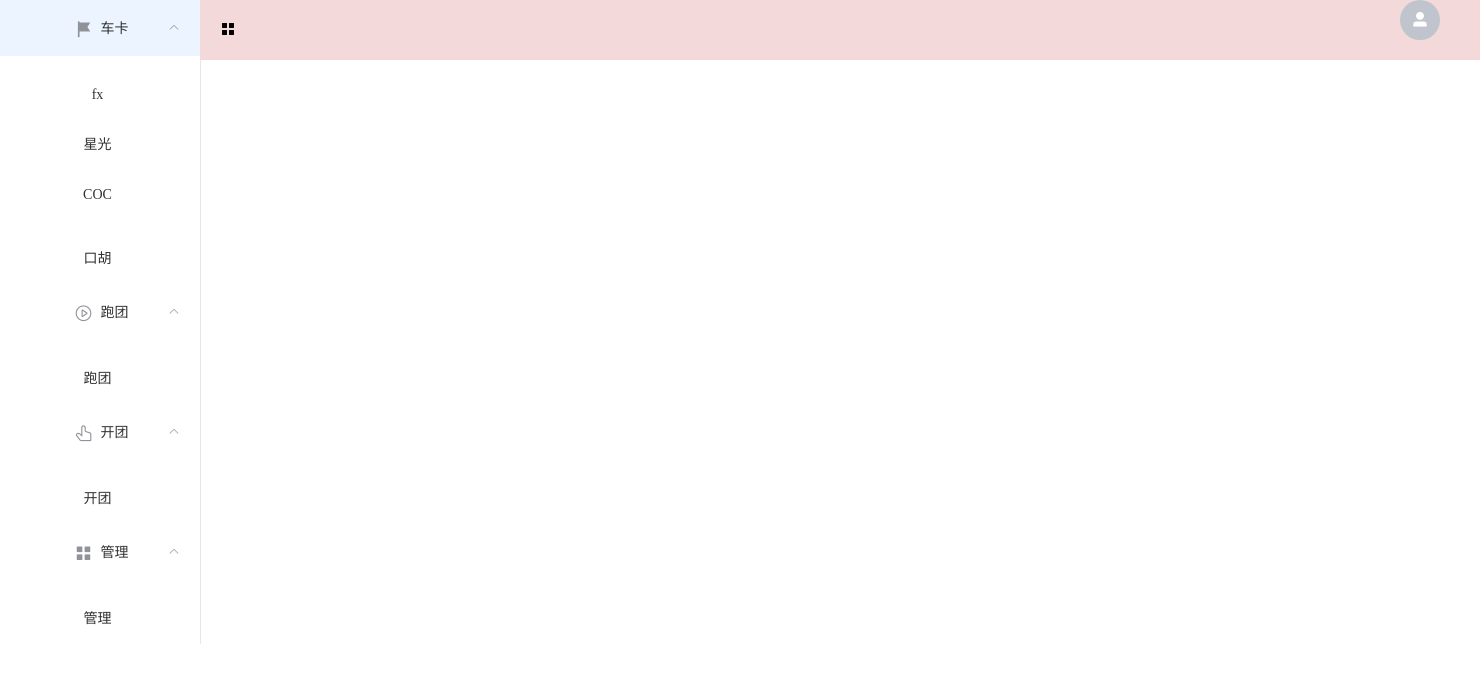
Repository: redlout/ptgkd
Page: /
The author's editor kept a copy of each file at every save. The page is drawn from the files as they stood at one save, then again after the next save.
The browser window is 1280 px wide. The page is 1480 px wide, then 1280 px, then 1480 px, so the pictures cover 1480 px, including what lies to the right of the window. The pictures show the whole page.
The project was rebuilt for these pictures with package versions that can differ from the ones it lists, and the page was loaded fresh each time. Also part of the build but not shown: src/mock/mock.js, src/views/Login.vue, src/components/SvgIcon/index.vue.

Above is the page before, as saved 2019-09-02 21:28:01.

### index.html
<!DOCTYPE html>
<html>
  <head>
    <meta charset="utf-8">
    <meta name="viewport" content="width=device-width,initial-scale=1.0">
    <title>ptgkd</title>
  </head>
  <body>
    <div id="app"></div>
    <!-- built files will be auto injected -->
  </body>
</html>

<style>
body{
  margin:0;
  padding:0;
}
</style>

### src/main.js
// import '@/styles/index.scss'
// import 'normalize.css/normalize.css'
import Vue from 'vue'
import App from './App'
import router from './router'

import ElementUI from 'element-ui'
import 'element-ui/lib/theme-chalk/index.css'
import api from './http/index'
import './icons'
import store from './store'

Vue.config.productionTip = false
Vue.use(ElementUI);
Vue.use(api);

// Vue.use(api)
/* eslint-disable no-new */
new Vue({
  el: '#app',
  router,
  store,
  render: h => h(App)
})

### src/router/index.js
import Vue from 'vue'
import Router from 'vue-router'
import HelloWorld from '@/views/HelloWorld'
import Login from '@/views/Login'

Vue.use(Router)

const router = new Router({
  routes: [
    {
      path: '/',
      name: 'HelloWorld',
      component: HelloWorld
    },
    {
      path: '/login',
      name: 'Login',
      component: Login
    }
  ]
})

export default router

### src/http/index.js
// 导入所有接口
import apis from './api'

const install = Vue => {
    if (install.installed)
        return;

    install.installed = true;

    Object.defineProperties(Vue.prototype, {
        // 注意，此处挂载在 Vue 原型的 $api 对象上
        $api: {
            get() {
                return apis
            }
        }
    })
}

export default install

### src/icons/index.js
import Vue from 'vue'
import SvgIcon from '@/components/SvgIcon'// svg component

// register globally
Vue.component('svg-icon', SvgIcon)

const req = require.context('./svg', false, /\.svg$/)
const requireAll = requireContext => requireContext.keys().map(requireContext)
requireAll(req)

### src/store/index.js
import Vue from 'vue'
import vuex from 'vuex'

Vue.use(vuex);
import collapse from './modules/collapse.js'
const store = new vuex.Store({
    modules: {
        collapseState: collapse,
        // menu: mymenu
        // 其他
    }
})

export default store

### src/views/HelloWorld.vue
<template>
<div class="container" >
  <el-container style="height: 100%;" direction="vertical">
    <AsideBar></AsideBar>
    <el-container>
      <HeadBar></HeadBar>
      <el-main></el-main>
    </el-container>
  </el-container>
</div>
</template>

<script>
import AsideBar from "../components/AsideBar/index";
import HeadBar from "../components/HeadBar/index";
export default {
  name: "HelloWorld",
  data() {
    return {
      isCollapse: false
    };
  },
  components: {
    AsideBar,
    HeadBar
  },
  methods: {
    logout: function() {
      var _this = this;
      this.$confirm("确认退出吗?", "提示", {
        type: "warning"
      }).then(() => {
        // sessionStorage.removeItem("user");
        this.$router.push("/login");
      });
    }
  }
};
</script>

<style scoped>
  .container {
    position:absolute;
    top: 0px;
    left: 0px;
    right: 0px;
    background: #4b5f6e;
  }
</style>

### src/http/api.js
import axios from './axios'

const login = data =>{
    return axios({
        url: '/login',
        method: 'post',
        data
    })
}

const logout = () =>{
    return axios({

    })
}

export default{
    login,
    logout
}

### src/store/modules/collapse.js
export default {
    state: {
        collapse:false  // 导航栏收缩状态
    },
    getters: {
        collapse(state){// 对应着上面state
            return collapse;
        }
    },
    mutations: {
        collapse(state){  // 改变收缩状态
            state.collapse = !state.collapse;
        }
    },
    actions: {

    }
}

### src/components/AsideBar/index.vue
<template>
  <el-aside width="initial" style="background-color: rgb(238, 241, 246) ">
    <el-menu
      :default-openeds="['1','2','3','4']"
      class="el-menu-vertical-demo"
      :collapse="$store.state.collapseState.collapse"
      @open="handleopen"
      @close="handleclose"
      @select="handleselect"
    >
      <el-submenu index="1">
        <template slot="title">
          <i class="el-icon-s-flag"></i>
          <span slot="title">车卡</span>
        </template>
        <el-menu-item-group>
          <el-menu-item index="1-1">fx</el-menu-item>
          <el-menu-item index="1-2">星光</el-menu-item>
          <el-menu-item index="1-3">COC</el-menu-item>
        </el-menu-item-group>
        <el-menu-item-group>
          <el-menu-item index="1-1">口胡</el-menu-item>
        </el-menu-item-group>
      </el-submenu>
      <el-submenu index="2">
        <template slot="title">
          <i class="el-icon-video-play"></i>
          <span slot="title">跑团</span>
        </template>
        <el-menu-item-group>
          <el-menu-item index="2-1">跑团</el-menu-item>
        </el-menu-item-group>
      </el-submenu>
      <el-submenu index="3">
        <template slot="title">
          <i class="el-icon-thumb"></i>
          <span slot="title">开团</span>
        </template>
        <el-menu-item-group>
          <el-menu-item index="3-1">开团</el-menu-item>
        </el-menu-item-group>
      </el-submenu>
      <el-submenu index="4">
        <template slot="title">
          <i class="el-icon-menu"></i>
          <span slot="title">管理</span>
        </template>
        <el-menu-item-group>
          <el-menu-item index="3-1">管理</el-menu-item>
        </el-menu-item-group>
      </el-submenu>
    </el-menu>
  </el-aside>
</template>


<script>
export default {
  name: "AsideBar",
  data() {
    return {
      isCollapse: false,
      logo: ""
    };
  },
  methods: {
    handleopen() {
      console.log("handleopen");
    },
    handleclose() {
      console.log("handleclose");
    },
    handleselect(a, b) {
      console.log("handleselect");
    }
  }
};
</script>

<style>
.el-aside {
  background-color: #d3dce6;
  color: #333;
  text-align: center;
  line-height: 10px;
  position: absolute;
}
  .el-menu-vertical-demo:not(.el-menu--collapse) {
    width: 200px;
    min-height: 400px;
  }

    .menu-bar-width {
    width: 200px;
  }
  .menu-bar-collapse-width {
    width: 65px;
  }
</style>

### src/components/HeadBar/index.vue
<template>
  <el-header :class="$store.state.collapseState.collapse?'menu-bar-collapse-width':'menu-bar-width'">
    <span @click="Oncollapse">
      <i class="el-icon-menu"></i>
    </span>

    <el-dropdown class="user-info-dropdown" trigger="hover">
      <el-avatar icon="el-icon-user-solid"></el-avatar>
      <el-dropdown-menu slot="dropdown">
        <el-dropdown-item>个人信息</el-dropdown-item>
        <el-dropdown-item>管理</el-dropdown-item>
        <el-dropdown-item divided @click="logout">登出</el-dropdown-item>
      </el-dropdown-menu>
    </el-dropdown>
  </el-header>
  <!-- <el-main></el-main> -->
</template>

<script>
export default {
  data(){
    return{
      isCollapse:false,
    };
  },
  methods:{
    Oncollapse: function(){
      this.$store.commit('collapse');
    }
  }
}
</script>

<style>
.el-header {
  position: absolute;
  background-color: rgb(243, 217, 217);
  left: 200px;
  right: 0px;
  height: 60px;
  line-height: 60px;
  width: 100%
}
  .collapse-switcher {
    width: 40px;
    float: left;
    cursor: pointer;
    border-color: rgba(111, 123, 131, 0.8);
    border-left-width: 1px;
    border-left-style: solid;
    border-right-width: 1px;
    border-right-style: solid;
    color: white;
    background: #504e6180;
  }
    .menu-bar-width{
    left: 200px;
  }
    .menu-bar-collapse-width{
    left: 65px;
  }

      .user-info-dropdown {
      font-size: 20px;
      padding-right: 20px;
      color: #fff;
      cursor: pointer;
      float: right;
    }
</style>

### src/http/axios.js
import axios from 'axios';
import qs from 'qs';
import Cookies from "js-cookie";
import router from "@/router"

export default function $axios(options){
    return new Promise((resolve, reject) => {
      console.log(options)
        const instance = axios.create({
            baseURL: 'http://localhost:8080/',
            headers: {'Content-Type': 'application/json;charset=UTF-8'},
            timeout: '10000',
            transformResponse: [function (data){
            }]
        })
        // request 拦截器
        instance.interceptors.request.use(function(config){
                let token = Cookies.get('token')
                console.log(config)
                if(1){
                    config.headers.accessToken = 111
                }else{
                    //重定向到登陆页面
                    router.push('/login')
                }
                if(config.method === 'post'){
                    if(config.data.__proto__ === FormData.prototype
                        || config.url.endsWith('path')
                        || config.url.endsWith('mark')
                        || config.url.endsWith('patchs')
                        ){
                        }else{
                          config.data = qs.stringify(config.data)
                          console.log(config.data)
                        }
                    }
                    return config
                },
                function (error) {
                // 请求超时
                console.log('request:', error)
                if(error.code === 'ECONNABORTED' && error.message.indexOf('timeout') !== -1){
                    console.log('timeout 请求超时')
                }
                // 重定向到错误页面
                const errorInfo = error.response
                console.log(errorInfo)
                if(errorInfo){
                    error = errorInfo.data
                    const errorStatus = errorInfo.statue; // 404 403 500 ...
                    router.push({
                        path:  `/error/${errorStatus}`
                    })
                }
                return Promise.reject(error)
            }
        )
        console.log(11111111111111)
        instance.interceptors.response.use(function(response){
                let data;
                if(response.data == undefined){
                  data = JSON.parse(response.request.responseText)
                }else{
                    data = response.data
                }

                //根据返回的code 来进行不同的处理
                switch(data.rc){
                    case 1:
                        console.log(data.desc)
                        break;
                    case 0:
                        store.commit('changeState')
                    default:

                }
                return data
            },
            function(err){
              console.log(999999)
                if (err && err.response) {
                    switch (err.response.status) {
                      case 400:
                        err.message = '请求错误'
                        break
                      case 401:
                        err.message = '未授权，请登录'
                        break
                      case 403:
                        err.message = '拒绝访问'
                        break
                      case 404:
                        err.message = `请求地址出错: ${err.response.config.url}`
                        break
                      case 408:
                        err.message = '请求超时'
                        break
                      case 500:
                        err.message = '服务器内部错误'
                        break
                      case 501:
                        err.message = '服务未实现'
                        break
                      case 502:
                        err.message = '网关错误'
                        break
                      case 503:
                        err.message = '服务不可用'
                        break
                      case 504:
                        err.message = '网关超时'
                        break
                      case 505:
                        err.message = 'HTTP版本不受支持'
                        break
                      default:
                    }
                  }
                  console.error(err)
                  return Promise.reject(err)
            }
        )
        //请求处理
        instance(options).then(res => {
          console.log(2222222)
            resolve(res)
            return false
        }).catch(error => {
          console.log(33333)
            reject(error)
        })
        console.log(4444)
    })
}

Loaded but not shown: src/App.vue (common file)

After the next save:
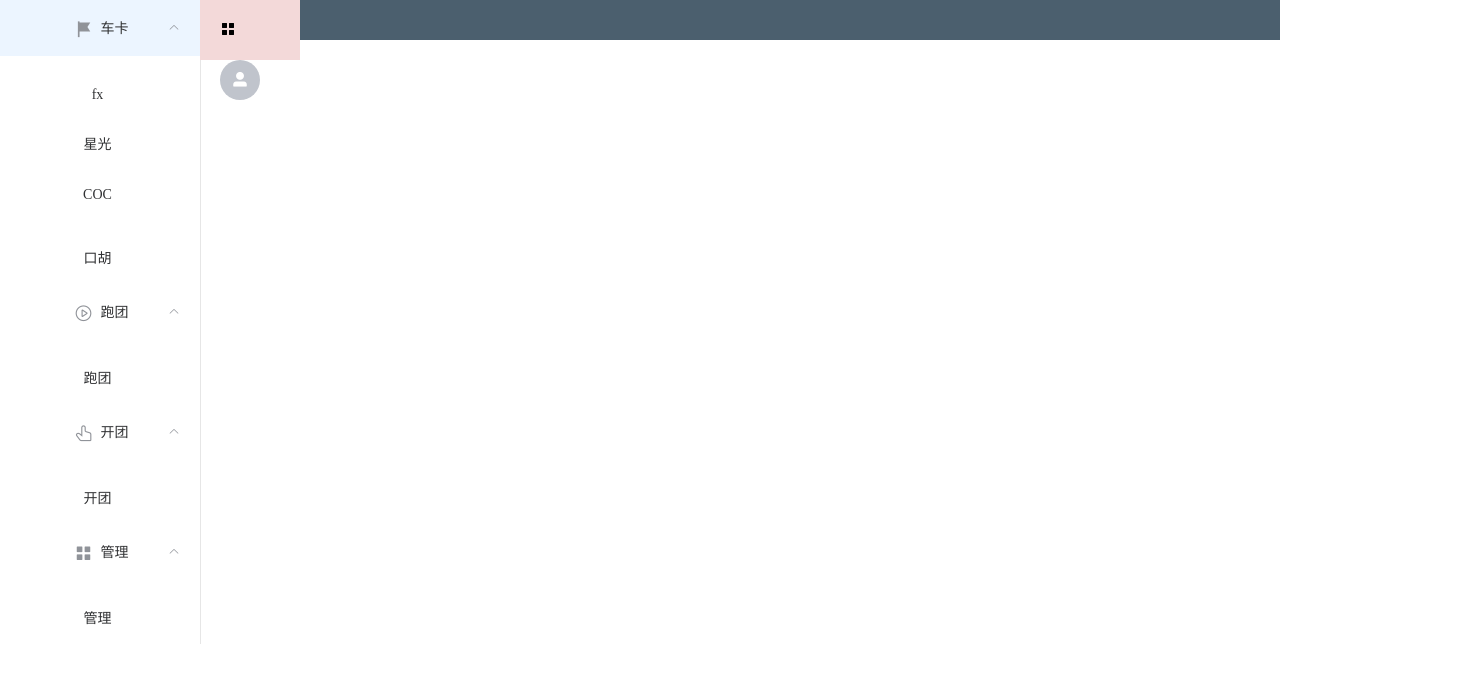
Saved 15 s later.
--- a/src/components/HeadBar/index.vue
+++ b/src/components/HeadBar/index.vue
@@ -39,7 +39,7 @@
   right: 0px;
   height: 60px;
   line-height: 60px;
-  width: 100%
+  width: 100px
 }
   .collapse-switcher {
     width: 40px;

After the 2 saves that followed:
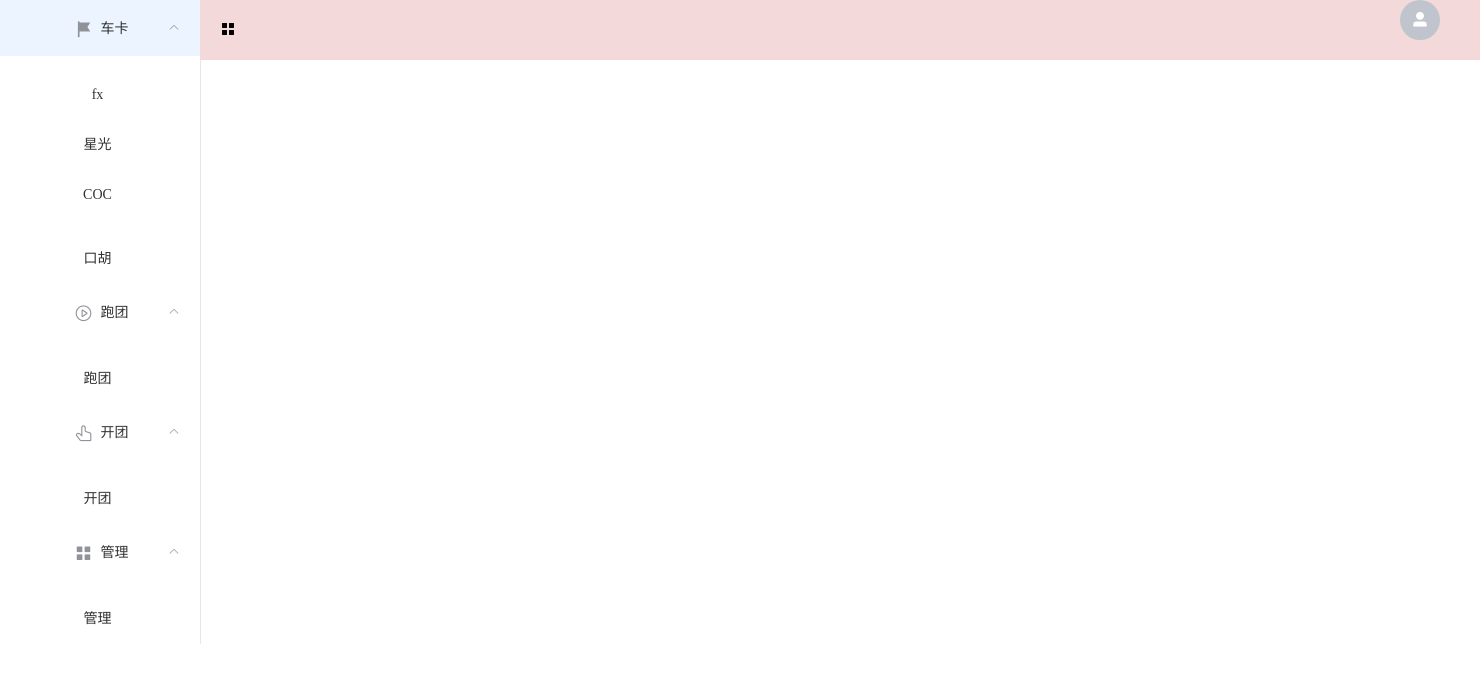
The 2 saves are shown as one change because 1 left the picture as it was.
The last was saved 3 min 38 s later.
--- a/src/components/HeadBar/index.vue
+++ b/src/components/HeadBar/index.vue
@@ -39,7 +39,9 @@
   right: 0px;
   height: 60px;
   line-height: 60px;
-  width: 100px
+  width: 100%;
+  padding: 0%
+
 }
   .collapse-switcher {
     width: 40px;
